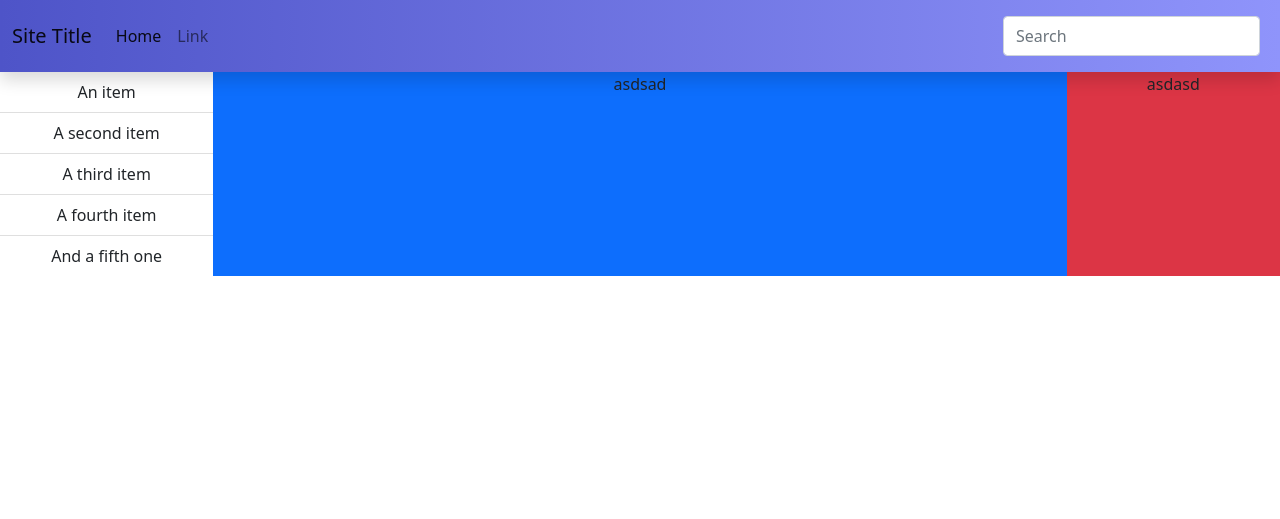
Repository: ttranhhoang/layoutBS
Page: layoutBS1/index.html
An editor plug-in stored every save of this project. The page is shown before and after a run of saves, followed by the edit.
The browser window is 1280 px wide. The pictures show the whole page.

Above is the page before, as saved 2022-04-24 18:21:00.

### layoutBS1/index.html
<!DOCTYPE html>
<html lang="en">
  <head>
    <meta charset="UTF-8" />
    <meta http-equiv="X-UA-Compatible" content="IE=edge" />
    <meta name="viewport" content="width=device-width, initial-scale=1.0" />
    <title>Layout BS</title>
    <link
      href="https://cdn.jsdelivr.net/npm/bootstrap@5.1.3/dist/css/bootstrap.min.css"
      rel="stylesheet"
      integrity="sha384-1BmE4kWBq78iYhFldvKuhfTAU6auU8tT94WrHftjDbrCEXSU1oBoqyl2QvZ6jIW3"
      crossorigin="anonymous"
    />
    <link rel="stylesheet" href="index.css" />
  </head>
  <body>
    <header class="header">
      <nav class="navbar navbar-expand-lg fixed-top shadow navbar-light">
        <div class="container-fluid">
          <a class="navbar-brand" href="#">Site Title</a>
          <button
            class="navbar-toggler"
            type="button"
            data-bs-toggle="offcanvas"
            data-bs-target="#navbarOffcanvasLg"
            aria-controls="navbarOffcanvasLg"
            aria-expanded="false"
            aria-label="Toggle navigation"
          >
            <span class="navbar-toggler-icon"></span>
          </button>

          <div
            class="offcanvas offcanvas-end"
            tabindex="-1"
            id="navbarOffcanvasLg"
            aria-labelledby="navbarOffcanvasLgLabel"
          >
            <div class="offcanvas-header">
              <h5 class="offcanvas-title" id="offcanvasNavbarLabel">
                Offcanvas
              </h5>
              <button
                type="button"
                class="btn-close text-reset"
                data-bs-dismiss="offcanvas"
                aria-label="Close"
              ></button>
            </div>
            <div class="offcanvas-body">
              <ul class="navbar-nav justify-content-start flex-grow-1 pe-3">
                <li class="nav-item">
                  <a class="nav-link active" aria-current="page" href="#"
                    >Home</a
                  >
                </li>
                <li class="nav-item">
                  <a class="nav-link" href="#">Link</a>
                </li>
              </ul>
              <form class="d-flex">
                <input
                  class="form-control me-2"
                  type="search"
                  placeholder="Search"
                  aria-label="Search"
                />
              </form>
            </div>
          </div>
        </div>
      </nav>
    </header>

    <section>
      <div class="">
        <div class="row g-0">
          <div class="col-md-2 text-center bg-danger">
            <ul class="list-group list-group-flush">
              <li class="list-group-item">An item</li>
              <li class="list-group-item">A second item</li>
              <li class="list-group-item">A third item</li>
              <li class="list-group-item">A fourth item</li>
              <li class="list-group-item">And a fifth one</li>
            </ul>
          </div>
          <div class="col-md-8 text-center bg-primary">asdsad</div>
          <div class="col-md-2 text-center bg-danger">asdasd</div>
        </div>
      </div>
    </section>

    <script
      src="https://cdn.jsdelivr.net/npm/bootstrap@5.1.3/dist/js/bootstrap.bundle.min.js"
      integrity="sha384-ka7Sk0Gln4gmtz2MlQnikT1wXgYsOg+OMhuP+IlRH9sENBO0LRn5q+8nbTov4+1p"
      crossorigin="anonymous"
    ></script>
  </body>
</html>

### layoutBS1/index.css
*,
*::after,
*::before {
  box-sizing: border-box;
}
/* custom */
button.navbar-toggler:focus {
  box-shadow: none;
}
button[type="button"],
button[type="submit"],
button[class^="btn"]:focus {
  box-shadow: none;
}
button[class*="btn-outline"]:active:focus {
  box-shadow: none;
}

/* styles ui */
body {
  padding-top: 72px;
}
.main {
  height: 100vh;
}
nav.navbar {
  background: #4e54c8; /* fallback for old browsers */
  background: -webkit-linear-gradient(
    to left,
    #8f94fb,
    #4e54c8
  ); /* Chrome 10-25, Safari 5.1-6 */
  background: linear-gradient(
    to left,
    #8f94fb,
    #4e54c8
  ); /* W3C, IE 10+/ Edge, Firefox 16+, Chrome 26+, Opera 12+, Safari 7+ */
}
.navbar {
  padding-top: 1rem;
  padding-bottom: 1rem;
}
.navbar-light .navbar-toggler {
  border: none;
}
div.row {
  height: 100px;
}

After the next 2 saves:
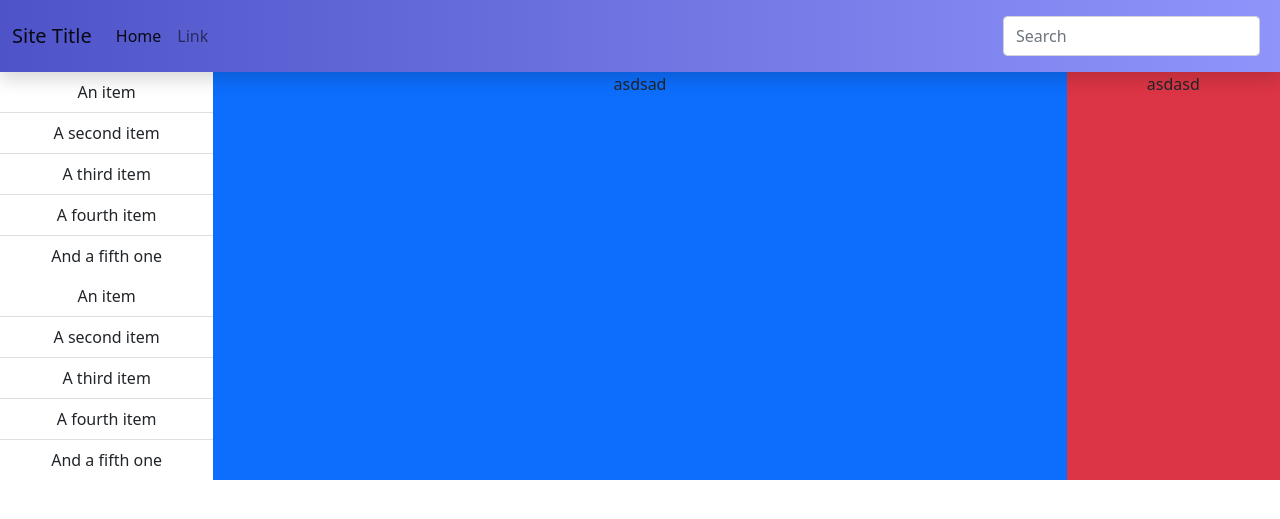
The 2 saves are shown as one change because they came seconds apart.
The last was saved 105 s later.
--- a/layoutBS1/index.html
+++ b/layoutBS1/index.html
@@ -83,6 +83,13 @@
               <li class="list-group-item">A fourth item</li>
               <li class="list-group-item">And a fifth one</li>
             </ul>
+            <ul class="list-group list-group-flush">
+              <li class="list-group-item">An item</li>
+              <li class="list-group-item">A second item</li>
+              <li class="list-group-item">A third item</li>
+              <li class="list-group-item">A fourth item</li>
+              <li class="list-group-item">And a fifth one</li>
+            </ul>
           </div>
           <div class="col-md-8 text-center bg-primary">asdsad</div>
           <div class="col-md-2 text-center bg-danger">asdasd</div>
